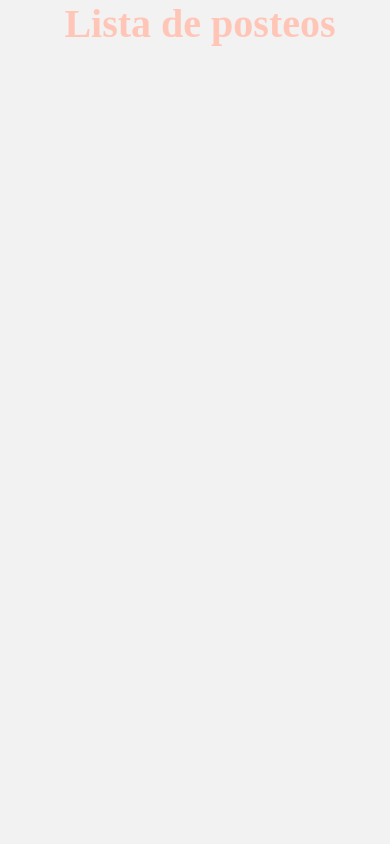
Repository: larafernandezo/finalprog3
Screen: /Home
The author's editor kept a copy of each file at every save. The screen is drawn from the files as they stood at one save, then again after a run of saves.
The page's requests for data from a server got no answer. The app was drawn by React Native's web renderer in a window 390 px wide. The project was rebuilt for these pictures with package versions that can differ from the ones it lists, and the page was loaded fresh each time. No one was signed in, and anything a server would have sent is missing. Also part of the build but not shown: src/components/Camera.js, src/screens/Registro.js, src/components/Post.js, src/screens/MiPerfil.js, src/screens/NuevoPost.js, src/components/Menu.js, src/screens/Perfil.js.

Above is the screen before, as saved 2022-11-22 11:37:40.

After the next 2 saves:
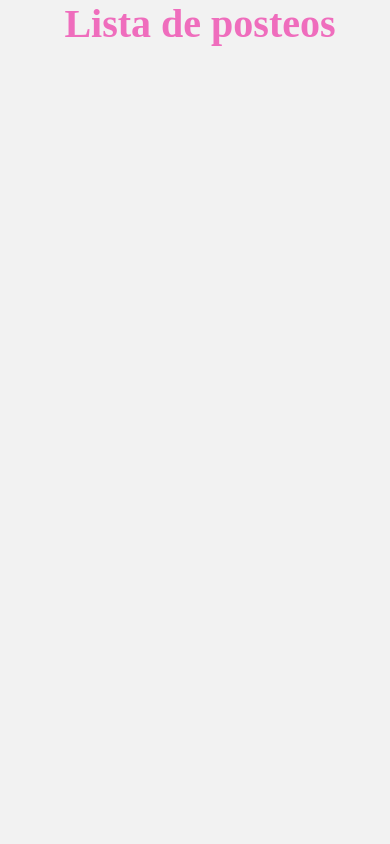
The 2 saves are shown as one change because they came seconds apart.
The last was saved 31 s later.
--- a/src/screens/Home.js
+++ b/src/screens/Home.js
@@ -50,7 +50,7 @@ const styles = StyleSheet.create({
         fontWeight:'bold',
         textAlign:'center',
         fontFamily: 'raleway heavy',
-        color: '#ffc6b8'
+        color: '#ef6dbd'
 
     },
     view:{
